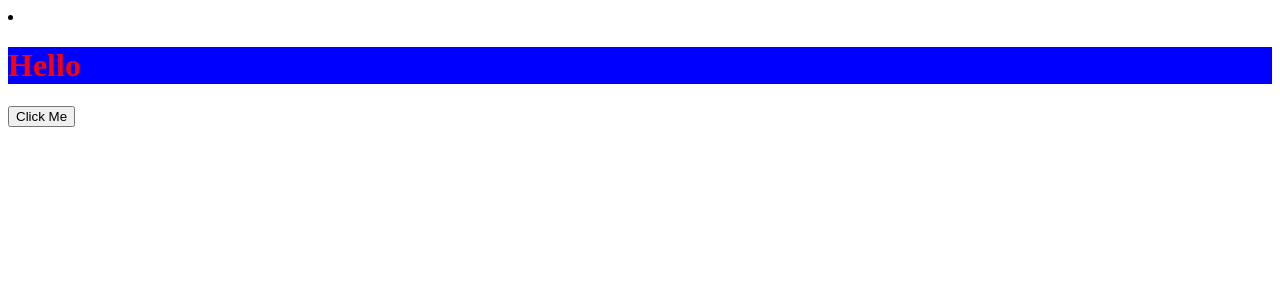
Repository: jnguyen113/DOM-Manipulation
Page: index.html
These files come from the project's save history. The page is drawn as it stood at one moment and after the next save; the edit follows.
The browser window is 1280 px wide. The pictures show the whole page.

Above is the page before, as saved 2020-06-12 10:51:08.

After the next save:
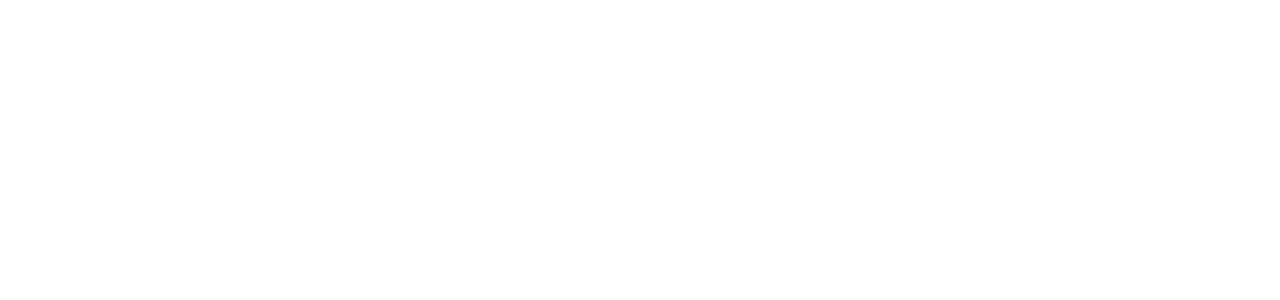
Console error: SyntaxError: Unexpected token '<'
Saved 4 s later.
--- a/index.html
+++ b/index.html
@@ -1,6 +1,6 @@
 <!DOCTYPE html>
 <html>
-<li
+<script
 <body>
     <h1 class="title">Hello</h1>
     <button class = "changeColor">Click Me</button>

After the save that followed:
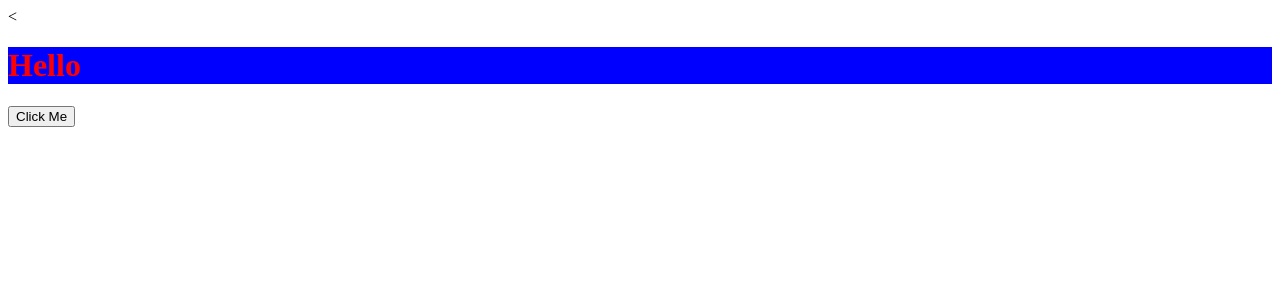
The error is gone.
Saved 15 s later.
--- a/index.html
+++ b/index.html
@@ -1,6 +1,6 @@
 <!DOCTYPE html>
 <html>
-<script
+<
 <body>
     <h1 class="title">Hello</h1>
     <button class = "changeColor">Click Me</button>
